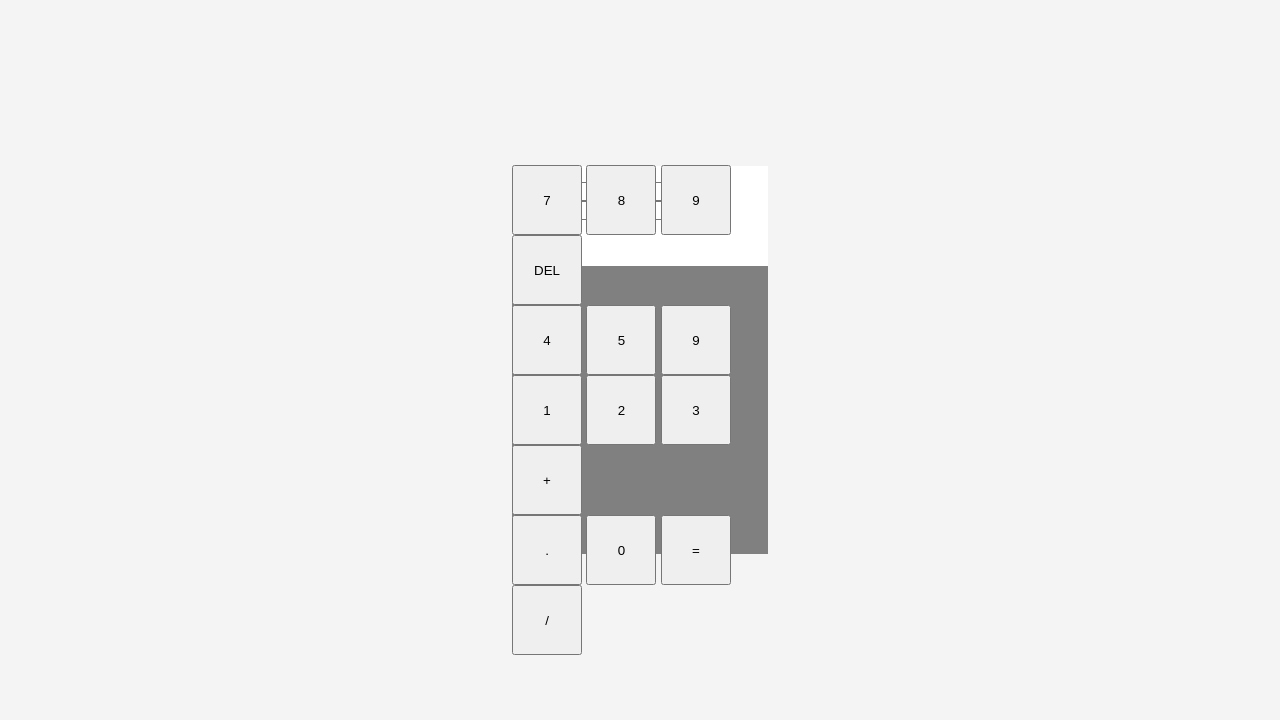
Repository: DNature/calc
Page: index.html
These files come from the project's save history. The page is drawn as it stood at one moment and after the next save; the edit follows.
The browser window is 1280 px wide. The pictures show the whole page.

Above is the page before, as saved 2019-11-20 23:29:53.

After the next save:
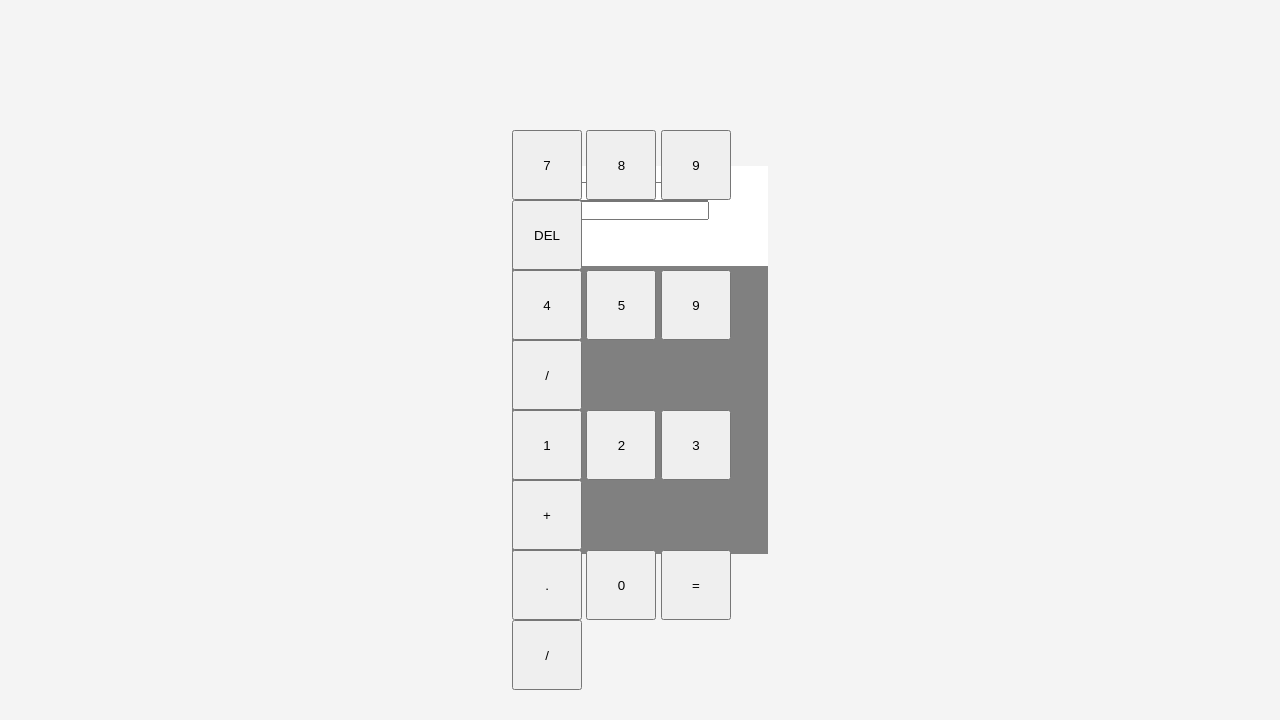
Saved 17 s later.
--- a/index.html
+++ b/index.html
@@ -25,6 +25,7 @@
           <button id="" class="button">4</button>
           <button id="" class="button">5</button>
           <button id="" class="button">9</button>
+          <button id="" class="button">/</button>
         </div>
         <div class="row">
           <button id="" class="button">1</button>
